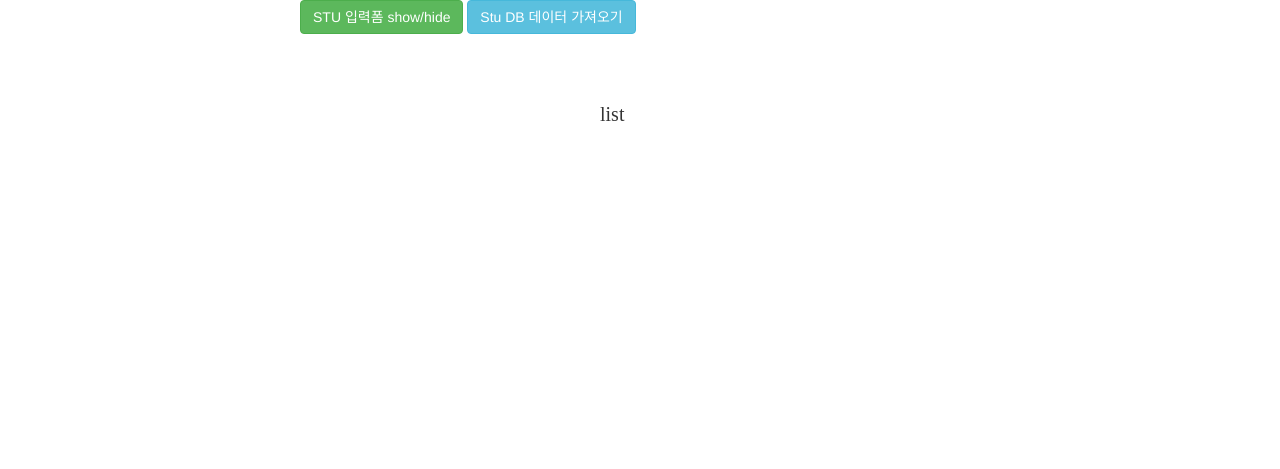
Repository: Juheekim1207/Javawork
Page: WebProjectEx1/src/main/webapp/day0418/Ex1StuXml.html
An editor plug-in stored every save of this project. The page is shown before and after a run of saves, followed by the edit.
The browser window is 1280 px wide. The pictures show the whole page.
Some web fonts or font styles are not loaded; a fallback is used.

Above is the page before, as saved 2022-04-19 03:08:06.

After the next 2 saves:
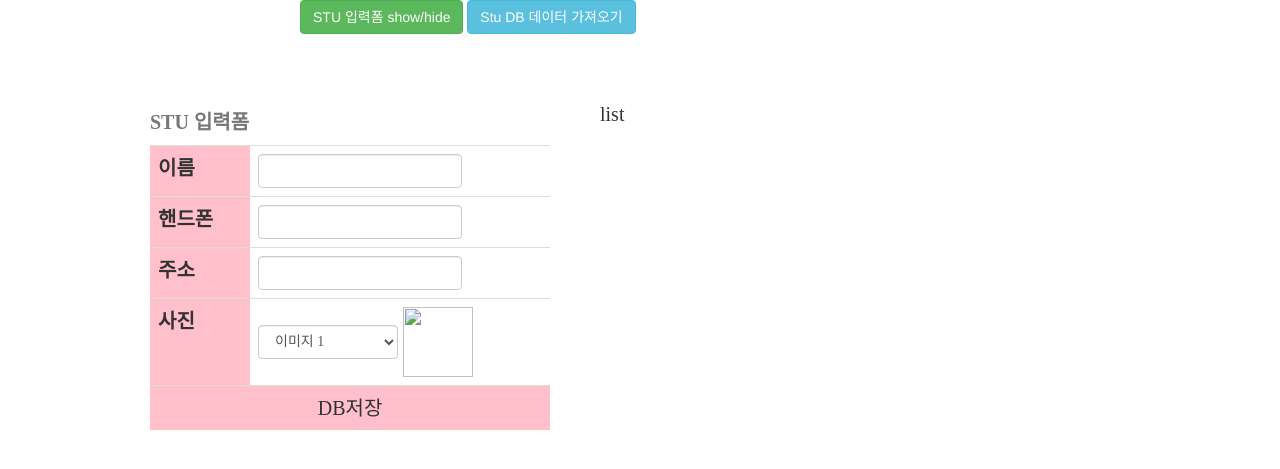
Console error: SyntaxError: Invalid destructuring assignment target
The 2 saves are shown as one change because they came seconds apart.
The last was saved 102 s later.
--- a/WebProjectEx1/src/main/webapp/day0418/Ex1StuXml.html
+++ b/WebProjectEx1/src/main/webapp/day0418/Ex1StuXml.html
@@ -89,6 +89,15 @@
 			if(ans){
 				//삭제하는 코드
 				$.ajax({
+					type:"get",
+					dataType:"html",
+					data:{"num":num},
+					url:"studelete.jsp",
+					success:function({
+						//목록 다시 출력
+						list();
+						alert("삭제되었습니다");
+					});
 
 				});
 			}

After the save that followed:
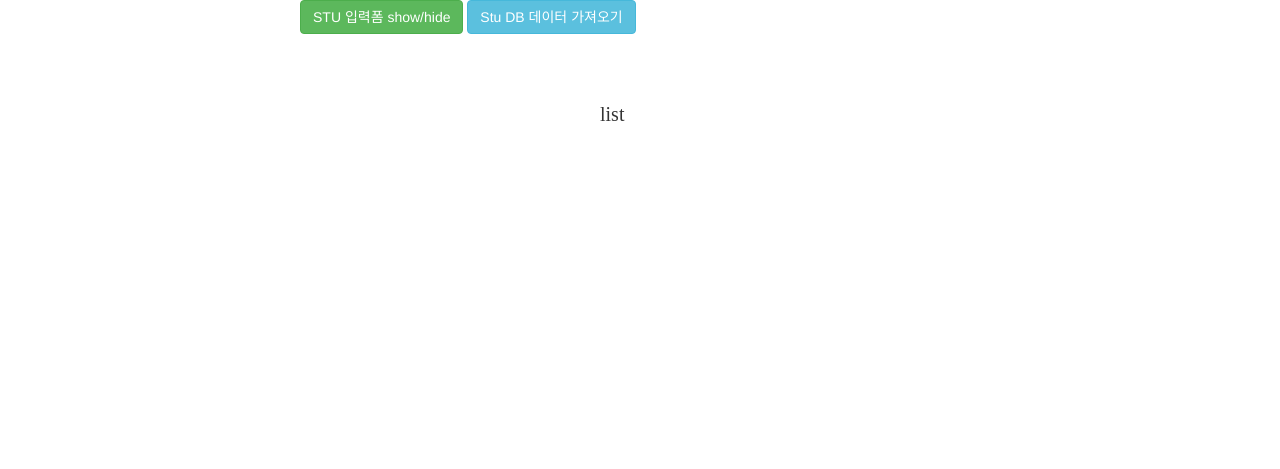
The error is gone.
Saved 32 s later.
--- a/WebProjectEx1/src/main/webapp/day0418/Ex1StuXml.html
+++ b/WebProjectEx1/src/main/webapp/day0418/Ex1StuXml.html
@@ -93,16 +93,13 @@
 					dataType:"html",
 					data:{"num":num},
 					url:"studelete.jsp",
-					success:function({
+					success:function(){
 						//목록 다시 출력
 						list();
 						alert("삭제되었습니다");
-					});
-
+					}
 				});
 			}
-
-
 		});
 	}); //end function
 
